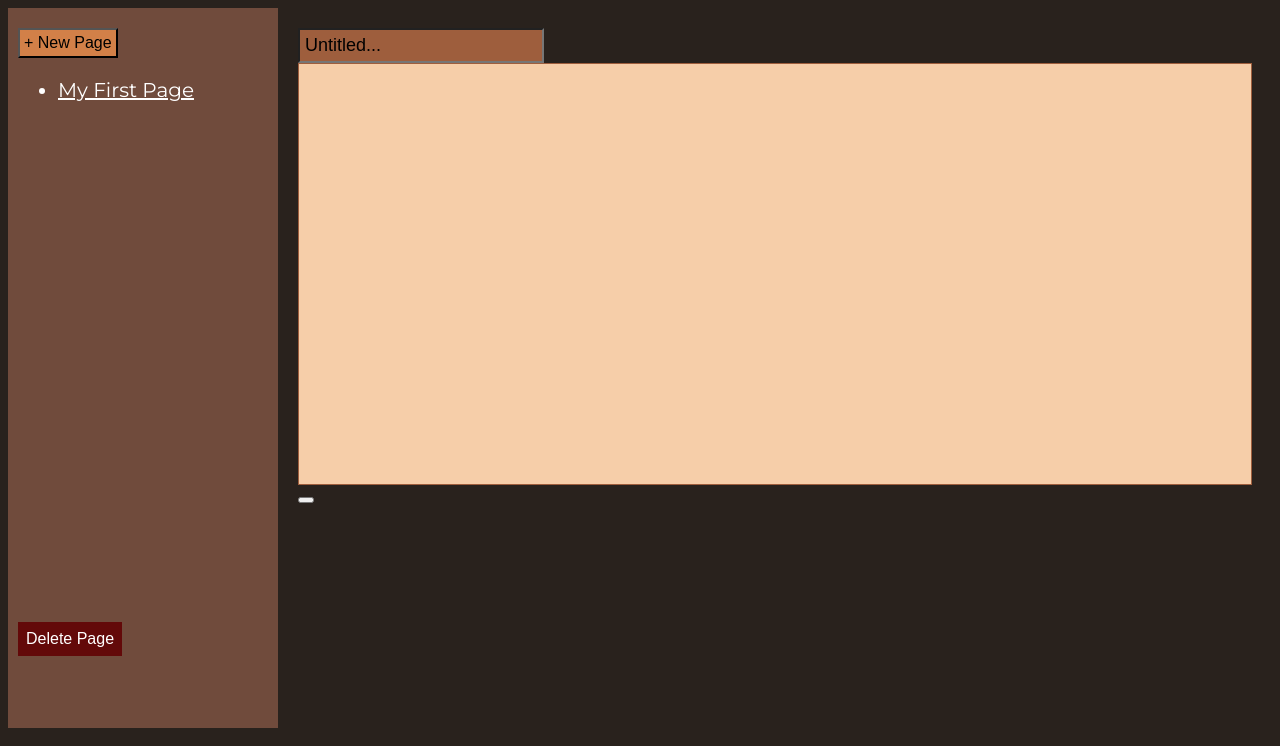
Repository: Dharshinimk-521/notes-app
Page: index.html
An editor plug-in stored every save of this project. The page is shown before and after the next save, followed by the edit.
The browser window is 1280 px wide. The pictures show the whole page.

Above is the page before, as saved 2026-04-18 22:30:26.
Console error (its wording comes from the project's code and is left out).

After the next save:
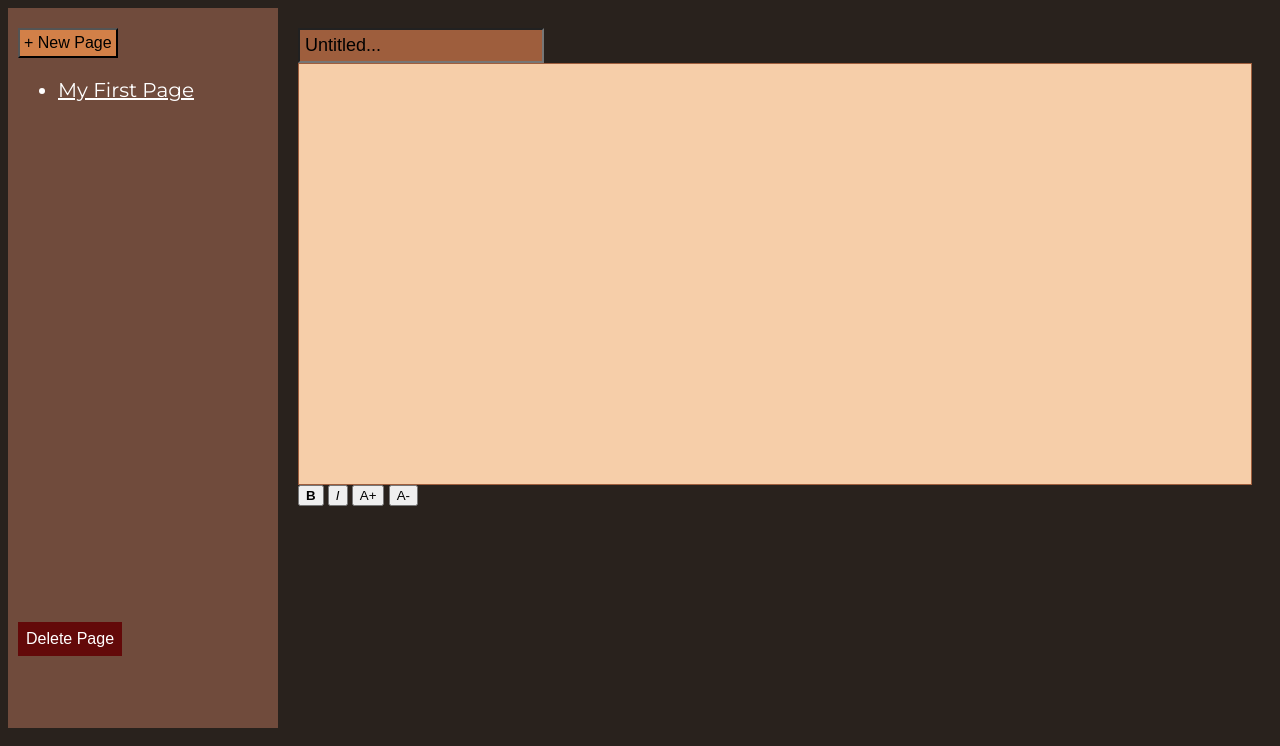
The error is gone.
Saved 4 min 51 s later.
--- a/index.html
+++ b/index.html
@@ -23,8 +23,11 @@
             <input id="pageTitle" placeholder="Untitled..." />
             <div id="editorArea" contenteditable="true"></div>
             <div class="tool-bar">
-                <button onclick =
-             </button>
+                <button onclick ="formatText('bold')"><b>B</b></button>
+                <button onclick ="formatText('italic')"><i>I</i></button>
+                <button onclick ="changeFontSize(1)">A+</button>
+                <button onclick ="chnageFontSize(-1)">A-</button>
+
             </div>
         </main>
 
